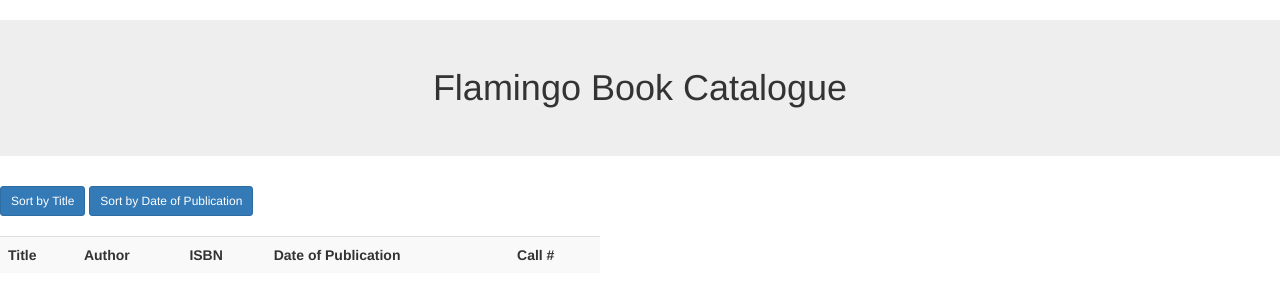
Repository: avega15/Library-Database
Page: http://localhost/main
These files come from the project's save history. The page is drawn as it stood at one moment and after the next save; the edit follows.
The browser window is 1280 px wide. The pictures show the whole page.
The page is this project's Thymeleaf template; nobody is signed in. The template is opened directly, without the code that normally fills it, so the values that code supplies are empty.

Above is the page before, as saved 2021-04-22 22:58:33.

### demo/src/main/resources/templates/main.html
<!DOCTYPE HTML>
<html xmlns:th="http://www.thymeleaf.org">
<head>
<title>Flamingo Palooza</title>
<link rel="icon" type="image/png" href="https://tinyurl.com/dh3wsprp"/>
<meta http-equiv="Content-Type" content="text/html; charset=UTF-8" />

<link rel="stylesheet"
	href="https://maxcdn.bootstrapcdn.com/bootstrap/3.4.1/css/bootstrap.min.css">
<script
	src="https://ajax.googleapis.com/ajax/libs/jquery/3.5.1/jquery.min.js"></script>
<script
	src="https://maxcdn.bootstrapcdn.com/bootstrap/3.4.1/js/bootstrap.min.js"></script>
</head>
<body>
	<h1 class="jumbotron" style="text-align: center">Flamingo Book
		Catalogue</h1>

	<button class="btn btn-primary btn-sm"
		onclick="window.location.href='titleSort'">Sort by Title</button>
	<button class="btn btn-primary btn-sm"
		onclick="window.location.href='dateSort'">Sort by Date of
		Publication</button>
	<br/>
	<br/>

	<table class="table table-striped" style="width:600px">
		<tr>
			<th scope="col" onclick="window.location.href='titleSort';">Title</th>
			<th scope="col">Author</th>
			<th scope="col">ISBN</th>
			<th scope="col" onclick="window.location.href='dateSort';">Date
				of Publication</th>
			<th scope="col">Call #</th>
		</tr>
		<tr th:each="bib, bibStat: ${bibs}">
			<td th:text="${bibStat.count + '. ' + bib.getTitle()}"></td>
			<td th:text="${bib.getAuthor()}"></td>
			<td th:text="${bib.getIsbn()}"></td>
			<td th:text="${bib.getDate_of_publication()}" style="text-align:center"></td>
			<td th:text="${bib.getCall_number()}"></td>
		</tr>
	</table>
</body>
</html>

After the next save:
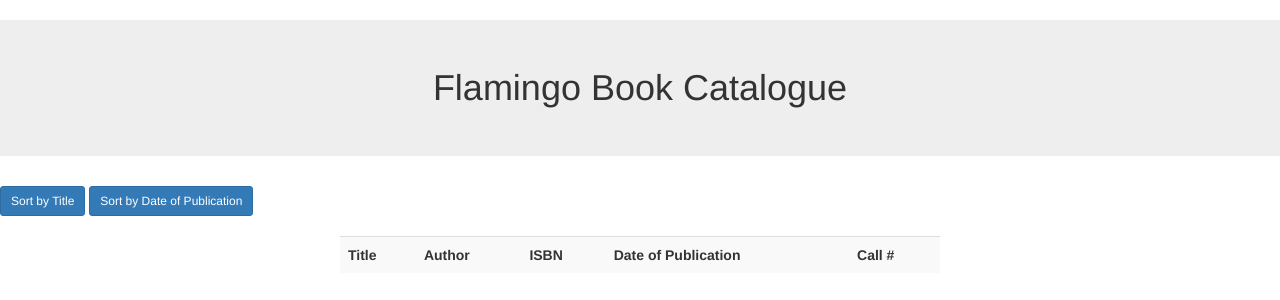
Saved 28 s later.
--- a/demo/src/main/resources/templates/main.html
+++ b/demo/src/main/resources/templates/main.html
@@ -24,7 +24,7 @@
 	<br/>
 	<br/>
 
-	<table class="table table-striped" style="width:600px">
+	<table class="table table-striped" style="width:600px;margin-left:auto;margin-right:auto;">
 		<tr>
 			<th scope="col" onclick="window.location.href='titleSort';">Title</th>
 			<th scope="col">Author</th>

After the 2 saves that followed:
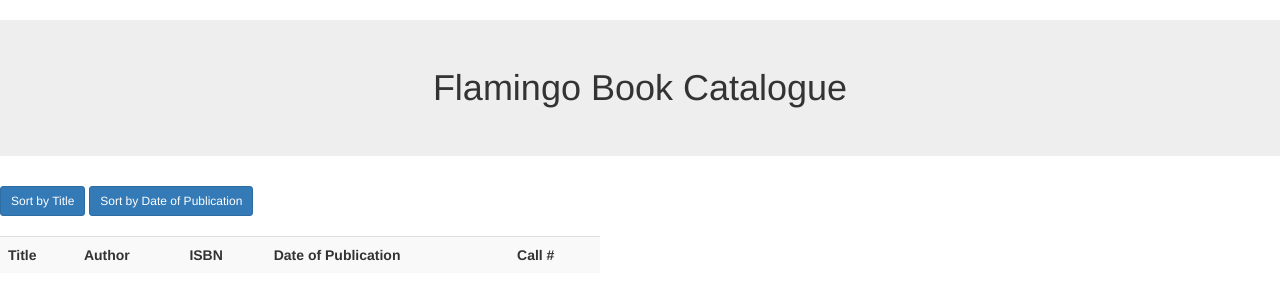
The 2 saves are shown as one change because 1 left the picture as it was.
The last was saved 64 s later.
--- a/demo/src/main/resources/templates/main.html
+++ b/demo/src/main/resources/templates/main.html
@@ -24,7 +24,7 @@
 	<br/>
 	<br/>
 
-	<table class="table table-striped" style="width:600px;margin-left:auto;margin-right:auto;">
+	<table class="table table-striped" style="width:600px;">
 		<tr>
 			<th scope="col" onclick="window.location.href='titleSort';">Title</th>
 			<th scope="col">Author</th>
